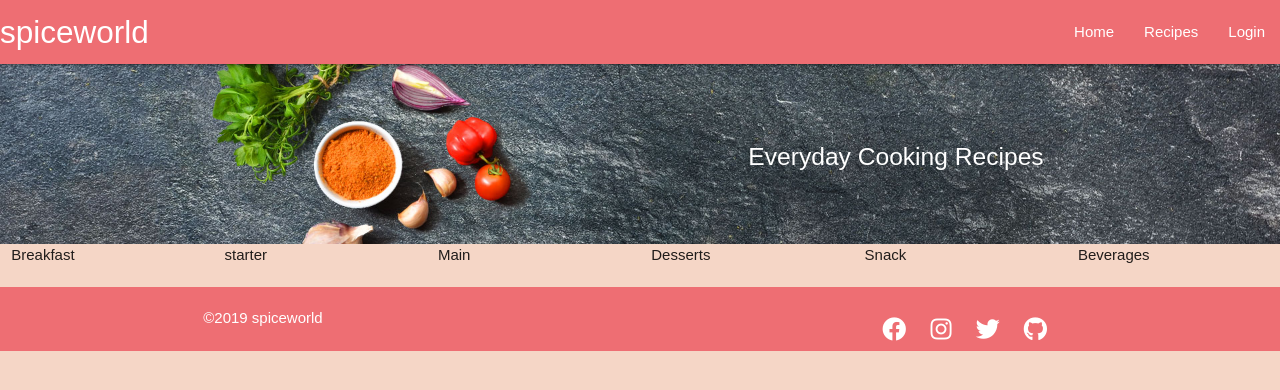
Repository: stephyraju/spiceworld
Page: http://localhost/
The author's editor kept a record of every edit. The page is drawn from the files as they stood at one moment, then again after the next edit.
The browser window is 1280 px wide. The pictures show the whole page.
Some web libraries are served in a nearby version. The page is served by the project's application, run on Flask 3 (app.py). Queries for data that is not in the repository find no rows.

Above is the page before.

### templates/index.html
{% extends 'base.html'%}   {% block content %}
<section class="title-container">
 <img src="{{ url_for('static', filename='images/titleimg.jpg') }}" alt="title image">
 <div class="intro-content">
 <h5>Everyday Cooking Recipes</h5>
 </div>
</section>
<section class="catergory-container">
 <div class="row">
      <div class="col s2">Breakfast</div>
      <div class="col s2">starter</div>
      <div class="col s2">Main</div>
      <div class="col s2">Desserts</div>
      <div class="col s2">Snack</div>
      <div class="col s2">Beverages</div>
    </div>
</section>




{% endblock %}

### templates/base.html
<!DOCTYPE html>
<html lang="en">

<head>
  <meta charset="UTF-8">
  <meta name="viewport" content="width=device-width, initial-scale=1.0">
  <meta http-equiv="X-UA-Compatible" content="ie=edge">
  <title>spiceworld</title>

  <!--Google Fonts-->
  <link href="https://fonts.googleapis.com/css?family=Courgette&display=swap" rel="stylesheet">
  <!--Font Awesome-->
  <link rel="stylesheet" href="https://use.fontawesome.com/releases/v5.8.2/css/all.css" integrity="sha384-oS3vJWv+0UjzBfQzYUhtDYW+Pj2yciDJxpsK1OYPAYjqT085Qq/1cq5FLXAZQ7Ay" crossorigin="anonymous">
  <!--Materialize CSS-->
  <link rel="stylesheet" href="https://cdnjs.cloudflare.com/ajax/libs/materialize/1.0.0/css/materialize.min.css">
  <!--CSS-->
  <link rel="stylesheet" href="{{ url_for('static', filename='css/style.css')}}" type="text/css" />

</head>

<body>

  <!--Header-->
  <header class="navbar-fixed">
    <nav>
      <div class="nav-wrapper">
        <a href="#" class="brand-logo">spiceworld</a>
        <a href="#" data-target="mobile-sidenav" class="sidenav-trigger"><i class="fas fa-bars"></i></a>
        <ul id="nav-mobile" class="right hide-on-med-and-down">
          <li><a href="{{ url_for('get_recipes') }}">Home</a></li>
          <li><a href="{{ url_for('view_recipes') }}">Recipes</a></li>
          <li><a href="collapsible.html">Login</a></li>
        </ul>
      </div>
    </nav>
  </header>
  <!--Sidenav-->
  <ul class="sidenav" id="mobile-sidenav">
    <img class="responsive-img" src="{{ url_for('static', filename='images/sidenav.png') }}" alt="spices-image">

    <li><a class="active" href="#">Home</a></li>
    <li><a href="#!">Recipes</a></li>

    <li><a href="#">Login</a></li>
    <li><a class="waves-effect" href="#!">Third Link With Waves</a></li>
  </ul>
  <main>

    {% block content %} {% endblock %}
  </main>
  <footer class="page-footer">
    <div class="container">
     <div class="row footer-content">
        <div class="col s12">
          <div>&copy;2019 spiceworld</div>
        </div>
        <div class="col s12 m4">
                    <a href="https://www.facebook.com/" target="_blank"><i class="fab fa-facebook social-icon"></i></a>
                    <a href="https://www.instagram.com/" target="_blank"><i class="fab fa-instagram social-icon"></i></a>
                    <a href="https://www.twitter.com/" target="_blank"><i class="fab fa-twitter social-icon"></i></a>
                    <a href="https://github.com/stephyraju" target="_blank"><i class="fab fa-github social-icon"></i></a>
        </div>

      </div>
      </div>
  </footer>

  <script src="https://code.jquery.com/jquery-3.4.0.slim.js" integrity="sha256-milezx5lakrZu0OP9b2QWFy1ft/UEUK6NH1Jqz8hUhQ=" crossorigin="anonymous"></script>
  <script src="https://cdnjs.cloudflare.com/ajax/libs/materialize/1.0.0/js/materialize.min.js"></script>
  <script src="{{ url_for('static', filename='js/main.js') }}"></script>
</body>

</html>

### app.py
import os
from flask import Flask, render_template, redirect, request, url_for
from flask_pymongo import PyMongo
from bson.objectid import ObjectId

app = Flask(__name__)
app.config["MONGO_DBNAME"] = 'cook_book'
app.config["MONGO_URI"] = os.getenv('MONGO_URI', 'mongodb://localhost')

mongo = PyMongo(app)

@app.route('/')
@app.route('/get_recipes')
def get_recipes():
     return render_template("index.html", recipes=mongo.db.recipes.find())

@app.route('/add_recipe')
def add_recipe():
     return render_template("addrecipe.html",
               categories=mongo.db.categories.find())

@app.route('/view_recipes')
def view_recipes():
     return render_template("recipes.html",
               categories=mongo.db.categories.find())

@app.route('/insert_recipe', methods=['POST'])
def insert_recipe():
    recipes = mongo.db.recipes
    recipes.insert_one(request.form.to_dict())
    return redirect(url_for('get_recipes'))

if __name__ == '__main__':
    app.run(host=os.environ.get('IP'),
            port=int(os.environ.get('PORT')),
            debug=True)

### static/css/style.css
@import url('https://fonts.googleapis.com/css?family=Courgette&display=swap');

body {
  background-color: #F5D6C6;
  font-family: "Courgette&display", sans-serif;
  min-height: 100vh;
  overflow-x: hidden;
}
page-container{
  max-width: 100%;
  margin-left: auto;
  margin-right: auto;
}
/*--------Title----------*/

.title-container{
  position: relative;
  text-align: center;
  color: white;
  width:100%;
}
.title-container img{
  display: block;
    width: 100%;
    height: 25vh;
    object-fit: cover;
}

.intro-content{
  position: absolute;
  top: 50%;
  left: 70%;
  transform: translate(-50%, -50%);
}
/*--------Footer---------*/
.page-footer {
    min-height: 50px;
}
.footer-content{
  display:flex;
}
.social-icon {
  margin: 10px;
  font-size: 1.6rem;
  color: white;
}

Loaded but not shown: static/js/main.js (no copy from this time; the picture is the same without it)

After the next edit:
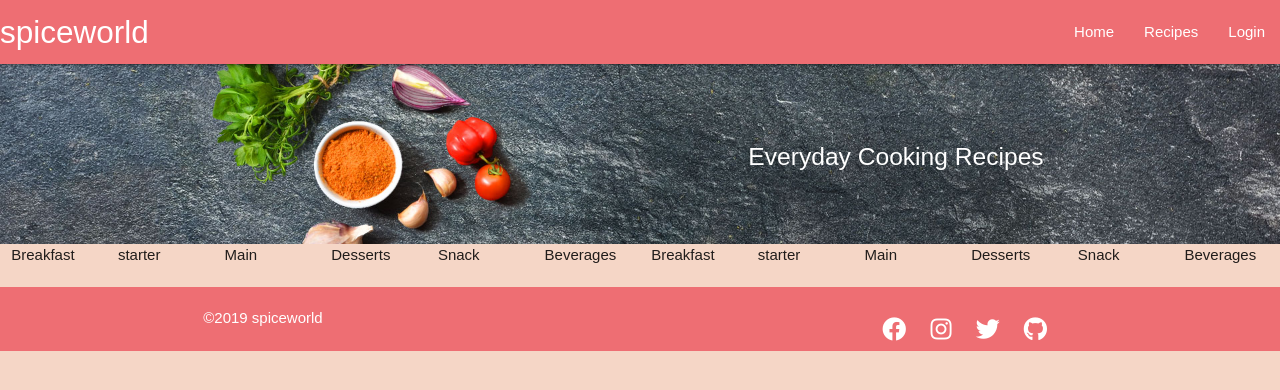
The edit:
--- a/templates/index.html
+++ b/templates/index.html
@@ -7,12 +7,18 @@
 </section>
 <section class="catergory-container">
  <div class="row">
-      <div class="col s2">Breakfast</div>
-      <div class="col s2">starter</div>
-      <div class="col s2">Main</div>
-      <div class="col s2">Desserts</div>
-      <div class="col s2">Snack</div>
-      <div class="col s2">Beverages</div>
+      <div class="col s1">Breakfast</div>
+      <div class="col s1">starter</div>
+      <div class="col s1">Main</div>
+      <div class="col s1">Desserts</div>
+      <div class="col s1">Snack</div>
+      <div class="col s1">Beverages</div>
+      <div class="col s1">Breakfast</div>
+      <div class="col s1">starter</div>
+      <div class="col s1">Main</div>
+      <div class="col s1">Desserts</div>
+      <div class="col s1">Snack</div>
+      <div class="col s1">Beverages</div>
     </div>
 </section>
 
